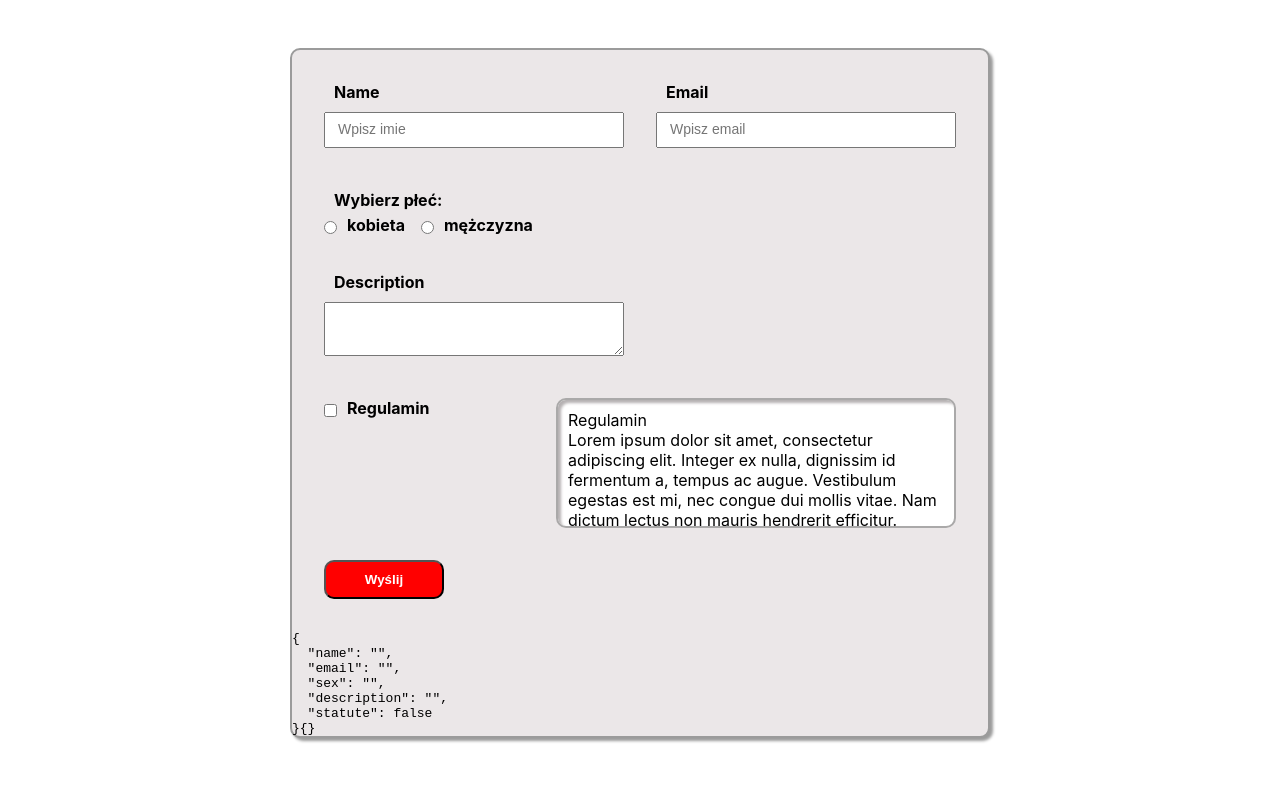
Repository: KrzysKolo/sr_tydzien4_zad3
Page: /
These files come from the project's save history. The page is drawn as it stood at one moment and after the next save; the edit follows.
The browser window is 1280 px wide. The pictures show the whole page.
The pointer rests on the first visible `.btn-send`.
The project was rebuilt for these pictures with package versions that can differ from the ones it lists, and the page was loaded fresh each time. Also part of the build but not shown: src/components/FormComponents/TextError.js.

Above is the page before, as saved 2020-11-19 14:08:12.

### src/App.js
import React from 'react';
import './App.css';
import FormikContainer from './components/Formik/FormikContainer';
const App = () => {
  return (
    <main className="App">
      <FormikContainer />
    </main>
   );
}

export default App;

### src/App.css
* {
  margin: 0;
  padding: 0;
  box-sizing: border-box;
}
.form-wrapper {
  margin: 3rem auto;
  width: 700px;
  background-color: rgb(235, 231, 232);
  border: 2px solid rgb(155, 155, 155);
  border-radius: 10px;
  box-shadow: 3px 3px 3px rgb(155, 155, 155);
}
.section {
  display: flex;
  flex-direction: row;
  margin: 2rem 2rem;
  justify-content: space-between;
}
label {
  font-weight: bold;
  display: flex;
  margin-bottom: 5px;
  margin-left: 10px;
}
input[type="text"],
input[type="email"],
textarea {
  display: block;
  width: 300px;
  padding: 6px 12px;
  font-size: 14px;
  line-height: 1.4285;
  color: #555;
  margin: 10px 0;
}

.error {
  color: red;
}
.row {
  display: flex;
  flex-direction: row;
  align-items: center;
  margin-right: 1rem;
}
.statute {
  border: 2px solid rgb(170, 169, 169);
  border-radius: 10px;
  box-shadow: inset 3px 3px 3px rgb(181, 177, 178);
  background: #ffffff;
  height: 130px;
  width: 400px;
  padding: 10px;
  overflow: auto;
}
.btn-send {
  background-color: red;
  border-radius: 10px;
  color: white;
  cursor: pointer;
  font-weight: bold;
  padding: 10px;
  width: 120px;
  transition: all 2s ease-in-out;
}

### src/components/Formik/FormikContainer.js
import React from 'react';
import { Formik, Form } from 'formik';
import * as yup from 'yup';
import FormikControl from './FormikControl';
import RadioOptions from './../../data/RadioOptions';

const FormikContainer = () => {
    const initialValues = {
        name: '',
        email: '',
        sex: '',
        description: '',
        statute: false,
    }

    const validationSchema = yup.object({
        name: yup.string().required("Imię jest obowiązkowe!").min(2,"Twóje imię musi mieć więcej niż 2 znaki!").max(30,'Twoje imię może mieć maxymalnie 30 znaków!'),
        email: yup.string().required("Email jest wymagany").email("Adres zawiera błędy"),
        sex: yup.string().required('Zaznacz jedną wartość'),
        description: yup.string().required('Wpisz kilka słów').min(2, "Wpisz co najmniej 2 znaki").max(250, "Możesz wpisać max. 250 znaków"),
        statute: yup.boolean().required().oneOf([true], 'Musisz zaznaczyć regulamin!'),
    });

    const onSubmit = values => {console.log('Form data: ', values)};
    return (
        <Formik
            initialValues={initialValues}
            validationSchema={validationSchema}
            onSubmit={onSubmit}
        >
            { ({formik, values, errors}) => (
                <Form className="form-wrapper">
                    <section className="section">
                        <FormikControl control='input' type='text' label='Name' name='name' placeholder="Wpisz imie"/>
                        <FormikControl control='input' type='email' label='Email' name='email' placeholder="Wpisz email"/>
                    </section>
                    <section className="section">
                        <FormikControl control='radio' label='Wybierz płeć: ' name='sex' options={RadioOptions}/>
                    </section>
                    <section className="section">
                        <FormikControl control='textarea' label='Description' name='description'/>
                    </section>
                    <section className="section">
                        <FormikControl control='checkbox' label='Regulamin' name='statute'/>
                        <div className="statute">
                            Regulamin<br/>
                            <p>Lorem ipsum dolor sit amet, consectetur adipiscing elit. Integer ex nulla, dignissim id fermentum a, tempus ac augue. Vestibulum egestas est mi, nec congue dui mollis vitae. Nam dictum lectus non mauris hendrerit efficitur. Donec imperdiet nec nibh et interdum. Fusce ornare consequat sapien. Pellentesque rhoncus tempor vulputate. Aliquam eu diam laoreet, tincidunt nulla ut, dignissim turpis. Aliquam est ante, luctus sed felis et, iaculis sollicitudin tellus. Cras congue tincidunt viverra. Sed vestibulum faucibus lacus, eu dictum lorem porta id. Praesent a placerat ligula. Vestibulum faucibus ornare erat, id elementum est vehicula eu. Nunc pulvinar dolor lacus. Vestibulum dapibus efficitur orci, ac rhoncus augue auctor ut.</p>
                        </div>
                    </section>
                    <section className="section">
                         <button className="btn-send" type="submit">Wyślij</button>
                    </section>
                    <pre>
                        {JSON.stringify(values, null, 2)}
                        {JSON.stringify(errors, null, 2)}

                    </pre>

                </Form>
            )

            }

        </Formik>
    )
}
export default FormikContainer;

### src/components/Formik/FormikControl.js
import Input from './../FormComponents/Input';
import Radio from './../FormComponents/Radio';
import TextArea from './../FormComponents/TextArea';
import Checkbox from './../FormComponents/Checkbox';

const FormikControl = (props) => {
    const { control, ...rest } = props;
    switch(control) {
        case 'input': return <Input {...rest} />
        case 'radio': return <Radio {...rest} />
        case 'textarea': return <TextArea {...rest} />
        case 'checkbox': return <Checkbox {...rest} />
        default: return null
    }
}

export default FormikControl;

### src/data/RadioOptions.js
const RadioOptions=[
    { id: 0, value: "kobieta", label: 'kobieta' },
    { id: 1, value: "mężczyzna", label: 'mężczyzna' },
   ];
export default RadioOptions;

### src/components/FormComponents/Input.js
import React from 'react';
import{ Field, ErrorMessage } from 'formik';
import TextError from './TextError';

const Input = (props) => {
    const { label, name, ...rest } = props;
    return (
        <div className="form-control">
             <label htmlFor={name}>{label}</label>
            <Field id={name} name={name} {...rest} />
            <ErrorMessage name={name} component={TextError} />
        </div>
     );
}

export default Input;

### src/components/FormComponents/Radio.js
import React from 'react';
import{ Field, ErrorMessage } from 'formik';
import TextError from './TextError';

const Radio = (props) => {
    const { label, name, options, ...rest } = props;
    return (
        <div className="form-control">
            <label htmlFor={name}>{label}</label>
            <div className="row">
                <Field name={name} {...rest}>
                    {
                    ({ field }) => {
                        return options.map(option => {
                            return (
                                <div className="row" key={option.id} >
                                    <input type='radio' id={option.id} {...field} value={option.value} checked={field.value === option.value}/>
                                    <label htmlFor={option.id}>{option.label}</label>
                                </div>
                            )
                        })
                    }
                    }
                </Field>
            </div>
            <ErrorMessage name={name} component={TextError} />
        </div>
     );
}

export default Radio;

### src/components/FormComponents/TextArea.js
import React from 'react';
import{ Field, ErrorMessage } from 'formik';
import TextError from './TextError';

const TextArea = (props) => {
    const { label, name, ...rest } = props;
    return (
        <div className="form-control">
            <label htmlFor={name}>{label}</label>
            <Field as ='textarea' id={name} name={name} {...rest} />
            <ErrorMessage name={name} component={TextError} />
        </div>
     );
}

export default TextArea;

### src/components/FormComponents/Checkbox.js
import React from 'react';
import{ Field, ErrorMessage } from 'formik';
import TextError from './TextError';

const Checkbox = (props) => {
    const { label, name, ...rest } = props;
    return (
        <div className="form-control">
            <div className="row">
                <Field type='checkbox' id={name} name="statute" {...rest}/>
                <label htmlFor={name}>{label}</label>
            </div>
            <ErrorMessage name={name} component={TextError} />
        </div>
     );
}

export default Checkbox;

Loaded but not shown: public/index.html (common file); src/index.js (common file); src/index.css (common file); public/manifest.json (common file)

After the next save:
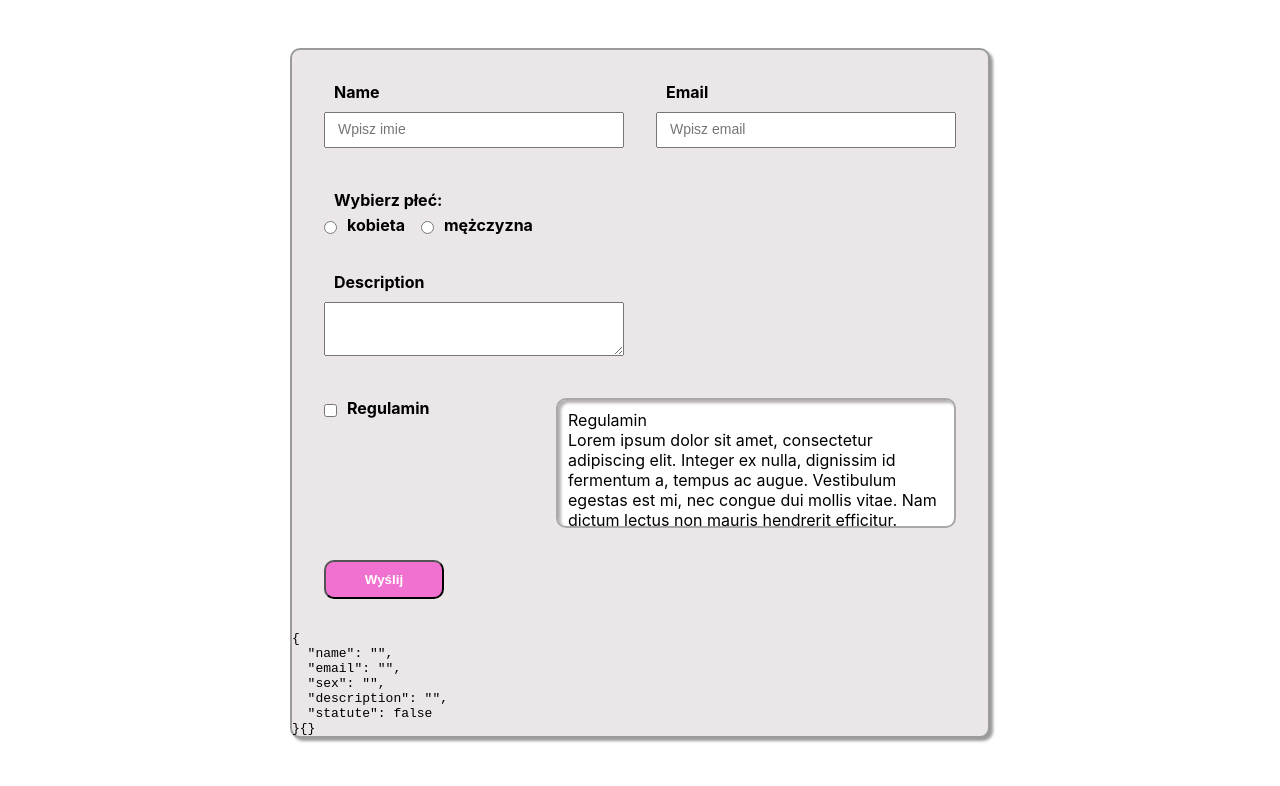
Saved 24 s later.
--- a/src/App.css
+++ b/src/App.css
@@ -64,3 +64,6 @@ textarea {
   width: 120px;
   transition: all 2s ease-in-out;
 }
+.btn-send:hover {
+  background-color: violet;
+}
